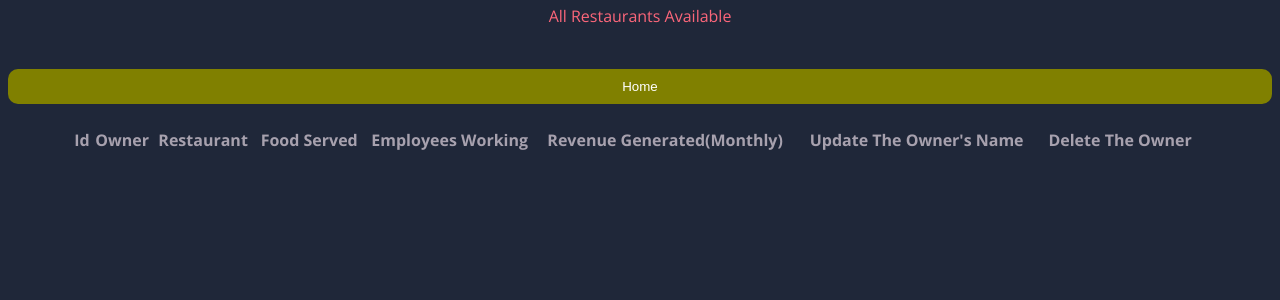
Repository: Kartik-DEV31/CTS-Training-NOVDEC-2020-Project
Page: http://localhost/RestaurantChainManagmentApplication/WEB-INF/jspPages/allRestaurantsData.jsp
These files come from the project's save history. The page is drawn as it stood at one moment and after the next save; the edit follows.
The browser window is 1280 px wide. The pictures show the whole page.
The page is served by Tomcat 9. Nobody is signed in. Other server files are loaded and not shown. The template is opened directly, without the code that normally fills it, so the values that code supplies are empty.

Above is the page before, as saved 2020-12-17 08:13:53.

### CTS-NOV2020-TrainingProject/RestaurantChainManagmentApplication/src/main/webapp/WEB-INF/jspPages/allRestaurantsData.jsp
<%@ page language="java" contentType="text/html; charset=ISO-8859-1"
	pageEncoding="ISO-8859-1"%>
<%@ taglib uri="http://java.sun.com/jsp/jstl/core" prefix="c"%>

<link href="<c:url value="/css/style.css" />" rel="stylesheet">

<html>
<body>

	<h2>All Restaurants Available</h2>

	<table class="container">
	<form  id="homepage" action="/managmentApplication/">
  <button class="homeButton" type="submit" >Home</button>
</form>
		<thead>
			<tr>
				<th>Id</th>
				<th>Owner</th>
				<th>Restaurant</th>
				<th>Food Served</th>
				<th>Employees Working</th>
				<th>Revenue Generated(Monthly)</th>
				<th>Update The Owner's Name</th>
				<th>Delete The Owner</th>
			</tr>
		</thead>
		<tbody>
			<tr>
				<c:forEach var="data" items="${data}" varStatus="status">
					<tr>
						<td>${data.id}</td>
						<td>${data.restaurantOwner}</td>
						<td><c:forEach var="data2"
								items="${data.specificRestaurantDetails}" varStatus="status">

						${data2.restaurantName}<br>
								<br>

							</c:forEach></td>


						<td><c:forEach var="data2"
								items="${data.specificRestaurantDetails}" varStatus="status">

						${data2.restaurantType}<br>
								<br>

							</c:forEach></td>

						<td><c:forEach var="data2"
								items="${data.specificRestaurantDetails}" varStatus="status">

						${data2.employeeCount}<br>
								<br>

							</c:forEach></td>


						<td><c:forEach var="data2"
								items="${data.specificRestaurantDetails}" varStatus="status">

						${data2.revenue}<br>
								<br>

							</c:forEach></td>

						<td>
							<form action="updateOwnerName" method="post">
								<input type="text" name="ownerName"
									placeholder="Enter New Owner Name..." /> <input type="hidden"
									name="oldOwnerName" value="${data.restaurantOwner}" /> <input
									type="hidden" name="id" value="${data.id}" /> <input
									type="submit" value="Update" />

							</form>
						</td>

						<td>
							<form action="deleteOwner" method="post">
								<input type="submit" name="delete_user" value="Delete" /> <input
									type="hidden" name="user" value="${data.id}" />
							</form>
						</td>



					</tr>
				</c:forEach>





			</tr>
		</tbody>
	</table>
</body>
</html>

### CTS-NOV2020-TrainingProject/RestaurantChainManagmentApplication/src/main/resources/static/css/style.css
@charset "ISO-8859-1";

@import url(https://fonts.googleapis.com/css?family=Open+Sans:300,400,700);

body {
  font-family: 'Open Sans', sans-serif;
  font-weight: 300;
  line-height: 1.42em;
  color:#A7A1AE;
  background-color:#1F2739;
}

h1 {
  font-size:3em;
  font-weight: 300;
  line-height:1em;
  text-align: center;
  color: #4DC3FA;
}

h2 {
  font-size:1em;
  font-weight: 300;
  text-align: center;
  display: block;
  line-height:1em;
  padding-bottom: 2em;
  color: #FB667A;
}

h2 a {
  font-weight: 700;
  text-transform: uppercase;
  color: #FB667A;
  text-decoration: none;
}


#homepage{

	margin-top:-50px;
position: fixed;
right: 3%;




}



.homeButton{
   width:100%;
   padding:10px;
color: white;
background: olive;
    border-radius:10px;
     outline: 0;
    border: 0;
     display: block;

}











.blue { color: #185875; }
.yellow { color: #FFF842; }

.container th h1 {
	  font-weight: bold;
	  font-size: 1em;
  text-align: left;
  color: #185875;
}


.container td {
	  font-weight: normal;
	  font-size: 1em;
  -webkit-box-shadow: 0 2px 2px -2px #0E1119;
	   -moz-box-shadow: 0 2px 2px -2px #0E1119;
	        box-shadow: 0 2px 2px -2px #0E1119;
}

.container {
	  text-align: left;
	  overflow: hidden;
	  width: 90%;
	  margin: 0 auto;
  display: table;
  padding: 0 0 8em 0;
}

.container td, .container th {
	  padding-bottom: 2%;
	  padding-top: 2%;
  padding-left:-1%;
}

/* Background-color of the odd rows */
.container tr:nth-child(odd) {
	  background-color: #323C50;
}

/* Background-color of the even rows */
.container tr:nth-child(even) {
	  background-color: #2C3446;
}

.container th {
	  background-color: #1F2739;
}

.container td:first-child { color: #FB667A; }

.container tr:hover {
   background-color: #464A52;
-webkit-box-shadow: 0 6px 6px -6px #0E1119;
	   -moz-box-shadow: 0 6px 6px -6px #0E1119;
	        box-shadow: 0 6px 6px -6px #0E1119;
}

.container td:hover {
  background-color: #FFF842;
  color: #403E10;
  font-weight: bold;

  box-shadow: #7F7C21 -1px 1px, #7F7C21 -2px 2px, #7F7C21 -3px 3px, #7F7C21 -4px 4px, #7F7C21 -5px 5px, #7F7C21 -6px 6px;
  transform: translate3d(6px, -6px, 0);

  transition-delay: 0s;
	  transition-duration: 0.4s;
	  transition-property: all;
  transition-timing-function: line;
}







@media (max-width: 800px) {
.container td:nth-child(4),
.container th:nth-child(4) { display: none; }
}

After the next save:
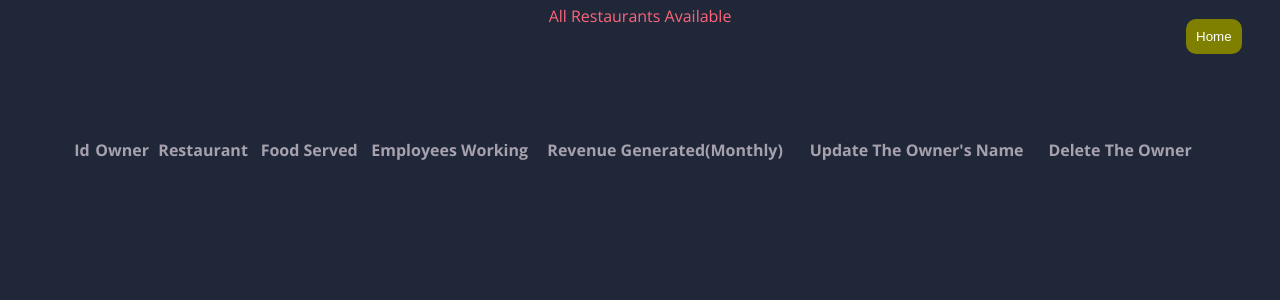
Saved 32 s later.
--- a/CTS-NOV2020-TrainingProject/RestaurantChainManagmentApplication/src/main/webapp/WEB-INF/jspPages/allRestaurantsData.jsp
+++ b/CTS-NOV2020-TrainingProject/RestaurantChainManagmentApplication/src/main/webapp/WEB-INF/jspPages/allRestaurantsData.jsp
@@ -8,11 +8,11 @@
 <body>
 
 	<h2>All Restaurants Available</h2>
+<h2><form  id="homepage" action="/managmentApplication/">
+  <button class="homeButton" type="submit" >Home</button>
+</form></h2>
+	<table class="container">
 
-	<table class="container">
-	<form  id="homepage" action="/managmentApplication/">
-  <button class="homeButton" type="submit" >Home</button>
-</form>
 		<thead>
 			<tr>
 				<th>Id</th>
